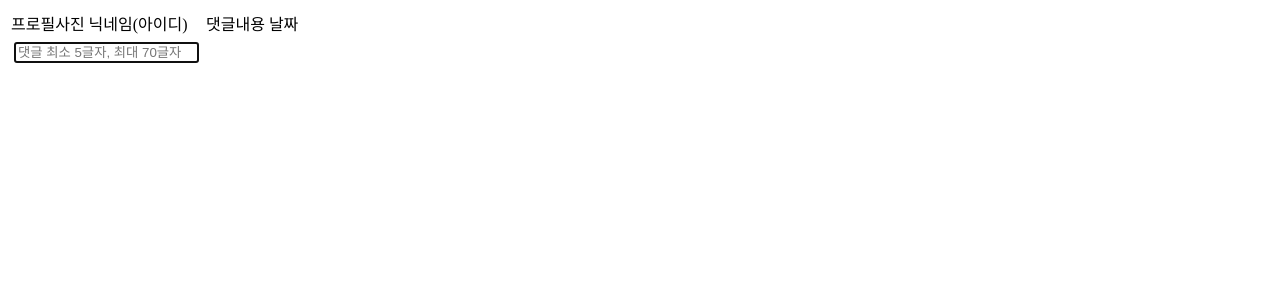
Repository: GOHO97/Web_JSP_Lecture
Page: http://localhost/jul29_1_firstWebProject/jsp/nftGallery/comment.jsp
These files come from the project's save history. The page is drawn as it stood at one moment and after the next save; the edit follows.
The browser window is 1280 px wide. The pictures show the whole page.
The page is served by Tomcat 9.

Above is the page before, as saved 2022-08-04 01:07:20.

After the next save:
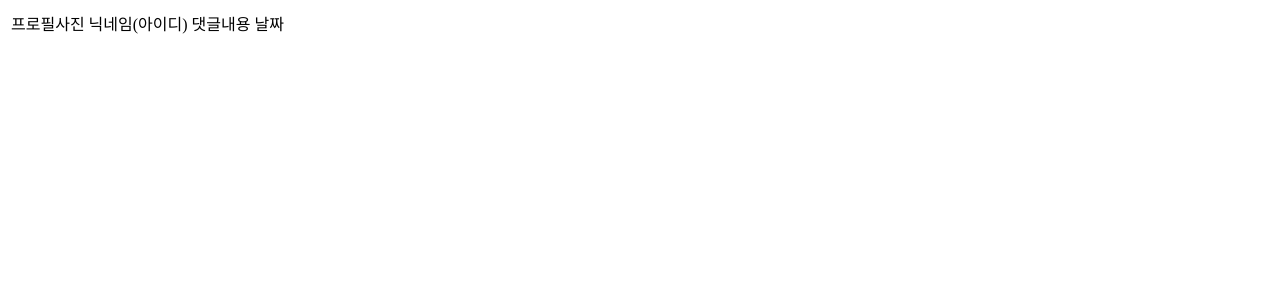
Saved 12 s later.
--- a/jul29_1_firstWebProject/src/main/webapp/jsp/nftGallery/comment.jsp
+++ b/jul29_1_firstWebProject/src/main/webapp/jsp/nftGallery/comment.jsp
@@ -20,7 +20,7 @@
 			날짜
 		</td>
 	</tr>
-	<c:if test="${sessionScope.loginMember != null }"></c:if>
+	<c:if test="${sessionScope.loginMember != null }">
 	<tr>
 		<td>
 			<form name="commentF" action="CommentController" method="post" onsubmit="return nftCommentCheck();">
@@ -34,6 +34,7 @@
 			</form>
 		</td>
 	</tr>
+	</c:if>
 </table>
 </body>
 </html>
